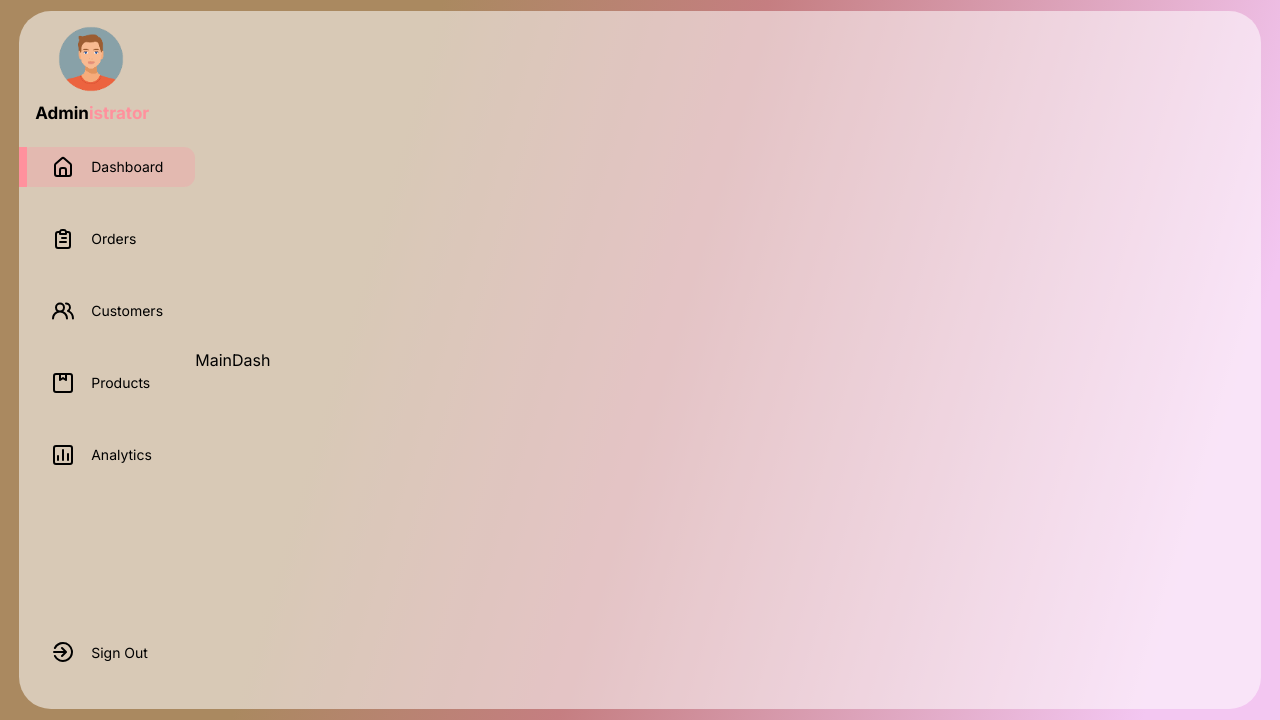
Repository: Zeeohn/react-admin-dash1
Page: /
These files come from the project's save history. The page is drawn as it stood at one moment and after the next save; the edit follows.
The browser window is 1280 px wide. The pictures show the whole page.
The project was rebuilt for these pictures with package versions that can differ from the ones it lists, and the page was loaded fresh each time.

Above is the page before, as saved 2022-05-20 13:36:41.

### public/index.html
<!DOCTYPE html>
<html lang="en">
  <head>
    <meta charset="utf-8" />
    <meta name="viewport" content="width=device-width, initial-scale=1" />
    <meta name="theme-color" content="#000000" />
    <meta
      name="description"
      content="Web site created using create-react-app"
    />
    <link rel="preconnect" href="https://fonts.googleapis.com" />
    <link rel="preconnect" href="https://fonts.gstatic.com" crossorigin />
    <link
      href="https://fonts.googleapis.com/css2?family=Inter:wght@400;500;700&family=Poppins:ital,wght@0,100;0,200;0,300;0,400;0,500;0,600;0,700;0,800;0,900;1,100;1,200;1,300;1,400;1,500;1,600;1,700;1,800;1,900&display=swap"
      rel="stylesheet"
    />

    <style>
      body {
        margin: 0;
      }
    </style>
    <!--
      manifest.json provides metadata used when your web app is installed on a
      user's mobile device or desktop. See https://developers.google.com/web/fundamentals/web-app-manifest/
    -->
    <!--
      Notice the use of %PUBLIC_URL% in the tags above.
      It will be replaced with the URL of the `public` folder during the build.
      Only files inside the `public` folder can be referenced from the HTML.

      Unlike "/favicon.ico" or "favicon.ico", "%PUBLIC_URL%/favicon.ico" will
      work correctly both with client-side routing and a non-root public URL.
      Learn how to configure a non-root public URL by running `npm run build`.
    -->
    <title>React App</title>
  </head>
  <body>
    <noscript>You need to enable JavaScript to run this app.</noscript>
    <div id="root"></div>
    <!--
      This HTML file is a template.
      If you open it directly in the browser, you will see an empty page.

      You can add webfonts, meta tags, or analytics to this file.
      The build step will place the bundled scripts into the <body> tag.

      To begin the development, run `npm start` or `yarn start`.
      To create a production bundle, use `npm run build` or `yarn build`.
    -->
  </body>
</html>

### src/index.js
import React from 'react';
import ReactDOM from 'react-dom/client';
import App from './App';

const root = ReactDOM.createRoot(document.getElementById('root'));
root.render(
  <App />
)

// If you want to start measuring performance in your app, pass a function
// to log results (for example: reportWebVitals(console.log))
// or send to an analytics endpoint. Learn more: https://bit.ly/CRA-vitals

### src/App.js
import "./App.css";
import Sidebar from "./components/sidebar/Sidebar.jsx";
import MainDash from "./components/MainDash/MainDash.jsx";

function App() {
  return (
    <div className="App">
      <div className="AppGlass">
        <Sidebar />
        <MainDash />
        <div></div>
      </div>
    </div>
  );
}

export default App;

### src/App.css
:root {
  --yellow: linear-gradient(180deg, #f8d49a -146.42%, #fad79d -46.42%);
  --orange: #fca61f;
  --black: #242d49;
  --gray: #788097;
  --purple: linear-gradient(180deg, #bb67ff 0%, #c484f3 100%);
  --pink: #ff919d;
  --glass: rgba(255, 255, 255, 0.54);
  --boxShadow: 0px 19px 60px rgb(0 0 0 / 8%);
  --smboxShadow: -79px 51px 60px rgba(0, 0, 0, 0.08);
  --activeItem: #f799a354;
}

.App {
  background: linear-gradient(
    106.37deg,
    #aa8960 29.63%,
    #c57e81 51.55%,
    #f3c6f1 90.85%
  );
  height: 100vh;
  display: flex;
  justify-content: center;
  align-items: center;
  font-family: "Inter", sans-serif;
}

.AppGlass {
  display: grid;
  height: 97%;
  width: 97%;
  border-radius: 2rem;
  background-color: var(--glass);
  overflow: hidden;
  grid-template-columns: 11rem auto 23rem;
}

### src/components/sidebar/Sidebar.jsx
import React from "react";
import { useState } from "react";
import "./Sidebar.css";
import Placeholder from "../../imgs/placeholder.png";

import { SidebarData } from "../../Data/Data.js";
import { UilSignOutAlt } from "@iconscout/react-unicons";

const Sidebar = () => {
  const [selected, setSelected] = useState(0);
  return (
    <div className="Sidebar">
      {/*logo*/}
      <div className="logo">
        <img src={Placeholder} alt="Admin placeholder" />
        <span>
          Admin<span>istrator</span>
        </span>
      </div>

      {/* menu */}
      <div className="menu">
        {SidebarData.map((item, index) => {
          return (
            <div
              className={selected === index ? "menuItem active" : "menuItem"}
              key={index}
              onClick={() => setSelected(index)}
            >
              <item.icon />
              <span>{item.heading}</span>
            </div>
          );
        })}

        <div className="menuItem signOut">
          <UilSignOutAlt />
          <span>Sign Out</span>
        </div>
      </div>
    </div>
  );
};

export default Sidebar;

### src/components/MainDash/MainDash.jsx
import React from "react";
import "./MainDash.css";

const MainDash = () => {
  return <div className="MainDash">MainDash</div>;
};

export default MainDash;

### src/components/sidebar/Sidebar.css
.Sidebar {
  display: flex;
  flex-direction: column;
  position: relative;
  padding-top: 0.5rem;
  transition: all 300ms ease;
}

.logo {
  display: block;
  height: 4rem;
  font-weight: bold;
  font-size: 17px;
  gap: 0.1rem;
  padding-left: 1rem;
  align-items: center;
  justify-content: center;
}

.logo > img {
  width: 5rem;
  height: 5rem;
  padding-left: 1rem;
}

.logo > span > span {
  color: var(--pink);
}

/* Menu */

.menu {
  margin-top: 4rem;
  display: flex;
  flex-direction: column;
  gap: 2rem;
}

.menuItem {
  display: flex;
  align-items: center;
  gap: 1rem;
  height: 2.5rem;
  margin-left: 2rem;
  position: relative;
  transition: all 300ms ease;
  font-size: 14px;
  border-radius: 0.7rem;
}

.menuItem:hover {
  cursor: pointer;
}

.active {
  background: var(--activeItem);
  margin-left: 0;
}

.active::before {
  content: " ";
  width: 8px;
  height: 100%;
  background: var(--pink);
  margin-right: calc(1rem - 8px);
}

.menu .menuItem:last-child {
  position: absolute;
  bottom: 2.3rem;
  width: 100%;
}

.signOut:hover {
  background: rgba(255, 4, 4, 0.315);
  transition: all 300ms ease-out;
}

### src/Data/Data.js
// Sidebar imports
import {
  UilEstate,
  UilClipboardAlt,
  UilUsersAlt,
  UilPackage,
  UilChart,
} from "@iconscout/react-unicons";

export const SidebarData = [
  {
    icon: UilEstate,
    heading: "Dashboard",
  },
  {
    icon: UilClipboardAlt,
    heading: "Orders",
  },
  {
    icon: UilUsersAlt,
    heading: "Customers",
  },
  {
    icon: UilPackage,
    heading: "Products",
  },
  {
    icon: UilChart,
    heading: "Analytics",
  },
];

### src/components/MainDash/MainDash.css
.MainDash {
  display: flex;
  flex-direction: column;
  justify-content: space-evenly;
}

After the next save:
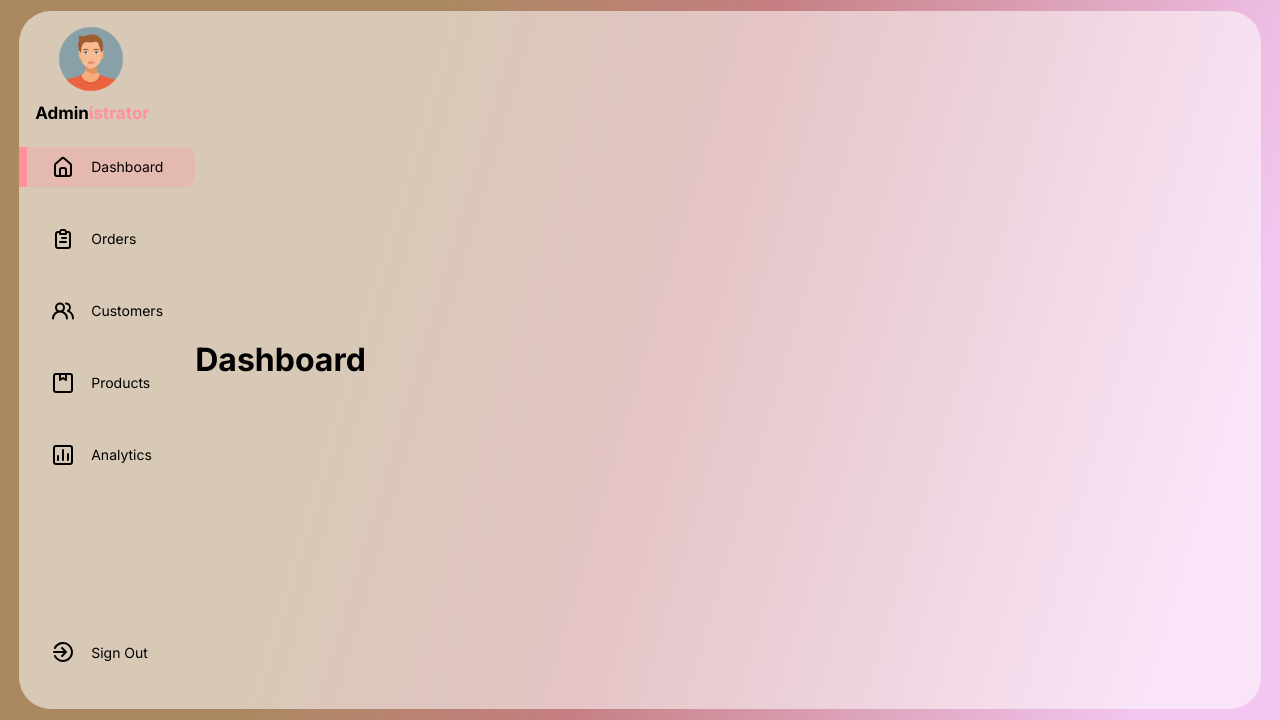
Saved 91 s later.
--- a/src/components/MainDash/MainDash.jsx
+++ b/src/components/MainDash/MainDash.jsx
@@ -2,7 +2,11 @@ import React from "react";
 import "./MainDash.css";
 
 const MainDash = () => {
-  return <div className="MainDash">MainDash</div>;
+  return (
+    <div className="MainDash">
+      <h1>Dashboard</h1>
+    </div>
+  );
 };
 
 export default MainDash;
